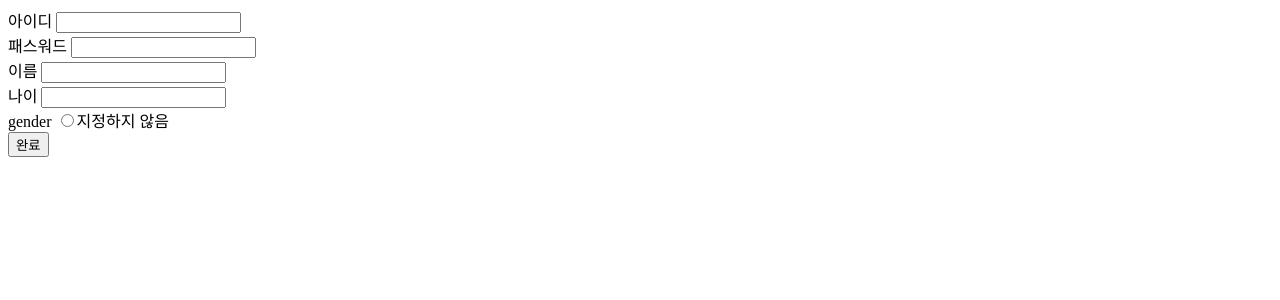
Repository: HwangEojin/homework
Page: http://localhost/day04_mybatis/
An editor plug-in stored every save of this project. The page is shown before and after the next save, followed by the edit.
The browser window is 1280 px wide. The pictures show the whole page.
The page is served by Tomcat 9.

Above is the page before, as saved 2025-01-15 02:20:38.

After the next save:
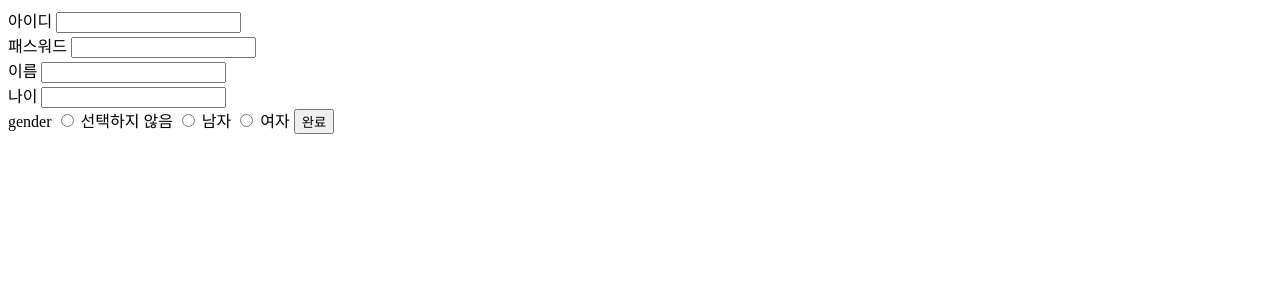
Saved 11 min 15 s later.
--- a/week09/day04_mybatis/src/main/webapp/index.jsp
+++ b/week09/day04_mybatis/src/main/webapp/index.jsp
@@ -33,7 +33,9 @@
 
 		<label>
 			gender
-			<input type="radio" name="userGender">지정하지 않음<br>
+			<input type="radio" name="userGender" value="N"> 선택하지 않음
+			<input type="radio" name="userGender" value="M"> 남자
+			<input type="radio" name="userGender" value="F"> 여자
 		</label>
 
 		<button>완료</button>
